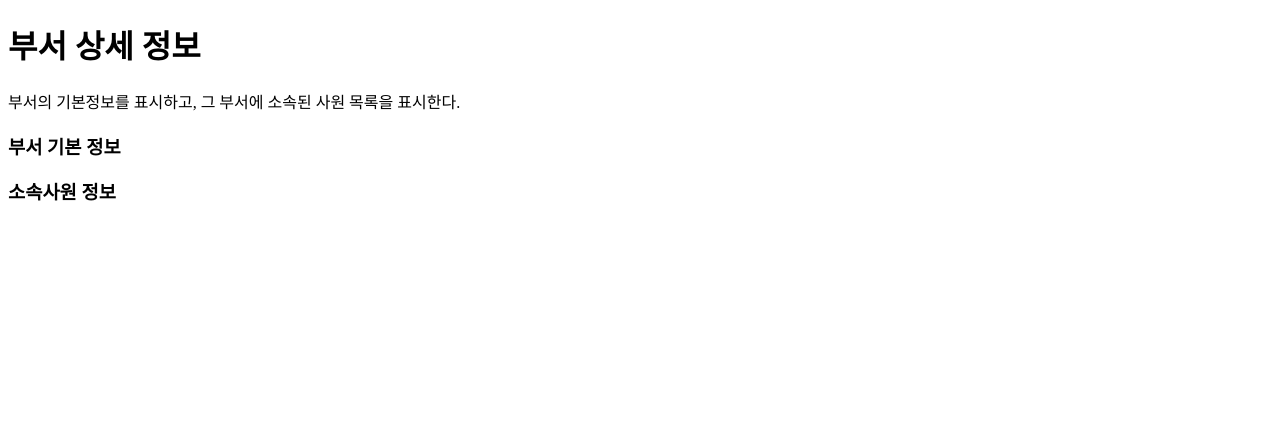
Repository: onuo77/HTA
Page: http://localhost/sample/hr/dept/detail.jsp
The author's editor kept a copy of each file at every save. The page is drawn from the files as they stood at one save, then again after the next save.
The browser window is 1280 px wide. The pictures show the whole page.
The page is served by Tomcat 9. Other server files are loaded and not shown.

Above is the page before, as saved 2021-05-21 00:42:58.

### java-web/sample/src/main/webapp/hr/dept/detail.jsp
<%@ page language="java" contentType="text/html; charset=UTF-8"
    pageEncoding="UTF-8"%>
<!DOCTYPE html>
<html>
<head>
<meta charset="UTF-8">
<title>인사관리 :: 부서관리</title>
</head>
<body>
	<h1>부서 상세 정보</h1>
	<p>
		부서의 기본정보를 표시하고, 그 부서에 소속된 사원 목록을 표시한다.
	</p>

	<h3>부서 기본 정보</h3>
	<dl>
		<dt></dt><dd></dd>
	</dl>

	<h3>소속사원 정보</h3>
</body>
</html>

After the next save:
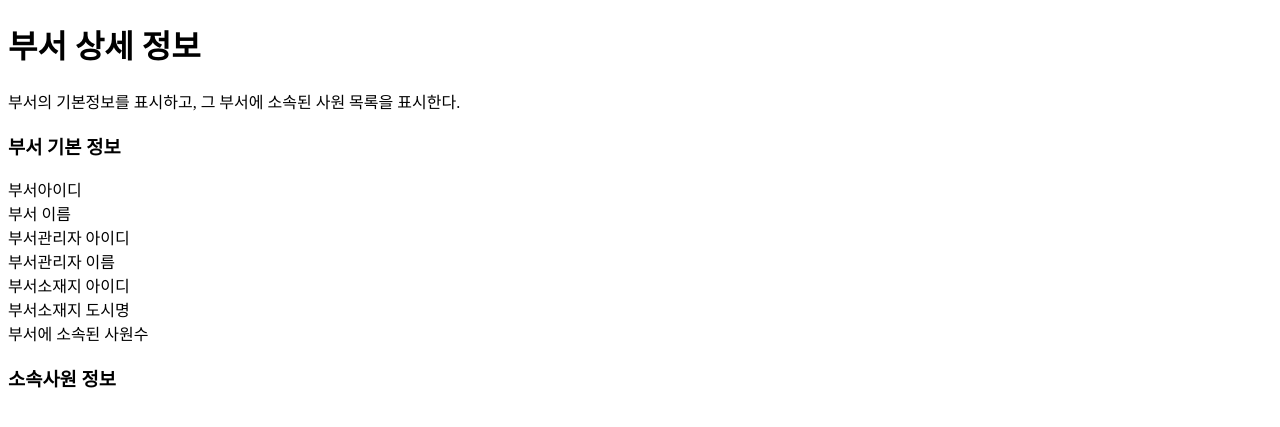
Saved 75 s later.
--- a/java-web/sample/src/main/webapp/hr/dept/detail.jsp
+++ b/java-web/sample/src/main/webapp/hr/dept/detail.jsp
@@ -14,7 +14,13 @@
 
 	<h3>부서 기본 정보</h3>
 	<dl>
-		<dt></dt><dd></dd>
+		<dt>부서아이디</dt><dd></dd>
+		<dt>부서 이름</dt><dd></dd>
+		<dt>부서관리자 아이디</dt><dd></dd>
+		<dt>부서관리자 이름</dt><dd></dd>
+		<dt>부서소재지 아이디</dt><dd></dd>
+		<dt>부서소재지 도시명</dt><dd></dd>
+		<dt>부서에 소속된 사원수</dt><dd></dd>
 	</dl>
 
 	<h3>소속사원 정보</h3>
